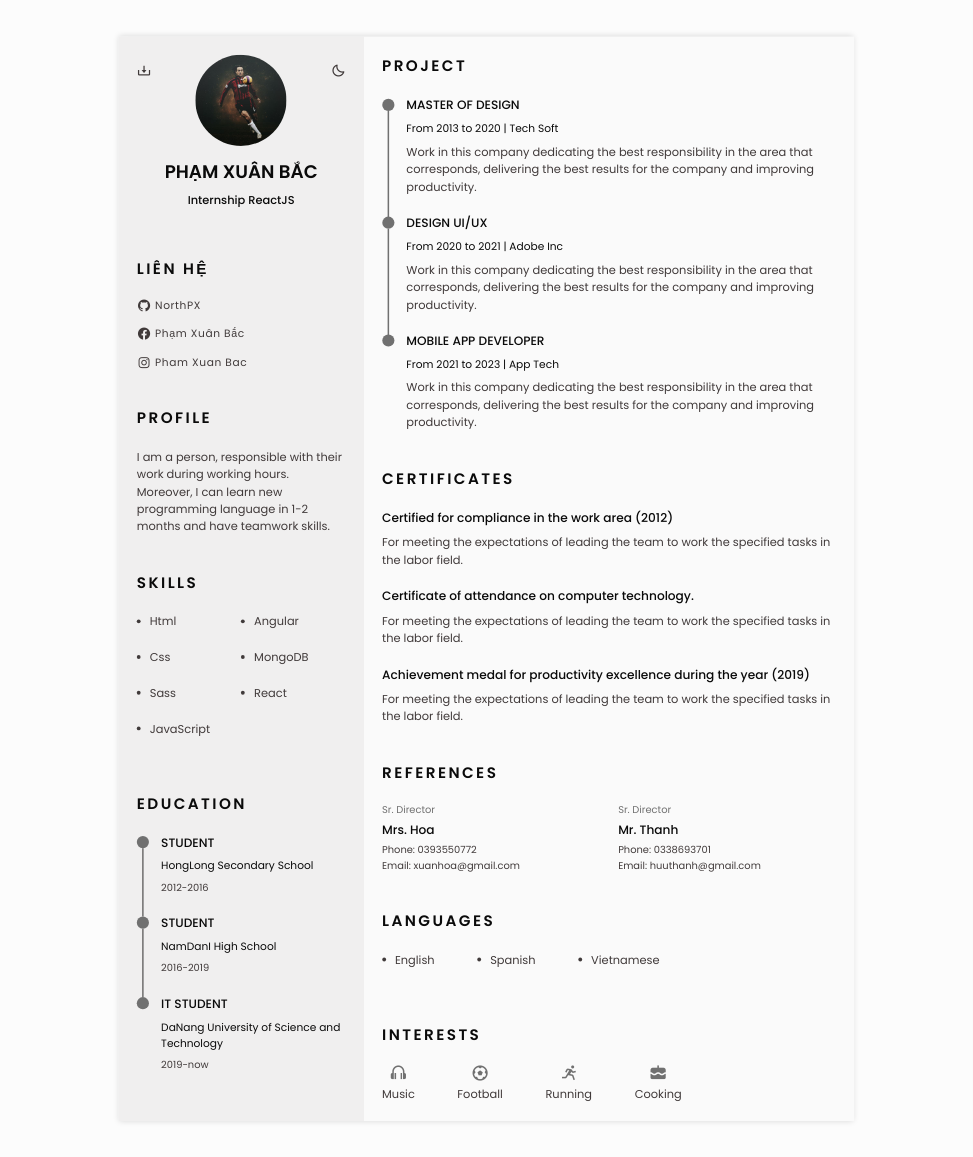
Repository: northpx/myCV
Page: index.html
An editor plug-in stored every save of this project. The page is shown before and after the next save, followed by the edit.
The browser window is 1280 px wide. The pictures show the whole page, at 76% of full size.

Above is the page before, as saved 2023-02-23 16:44:49.

After the next save:
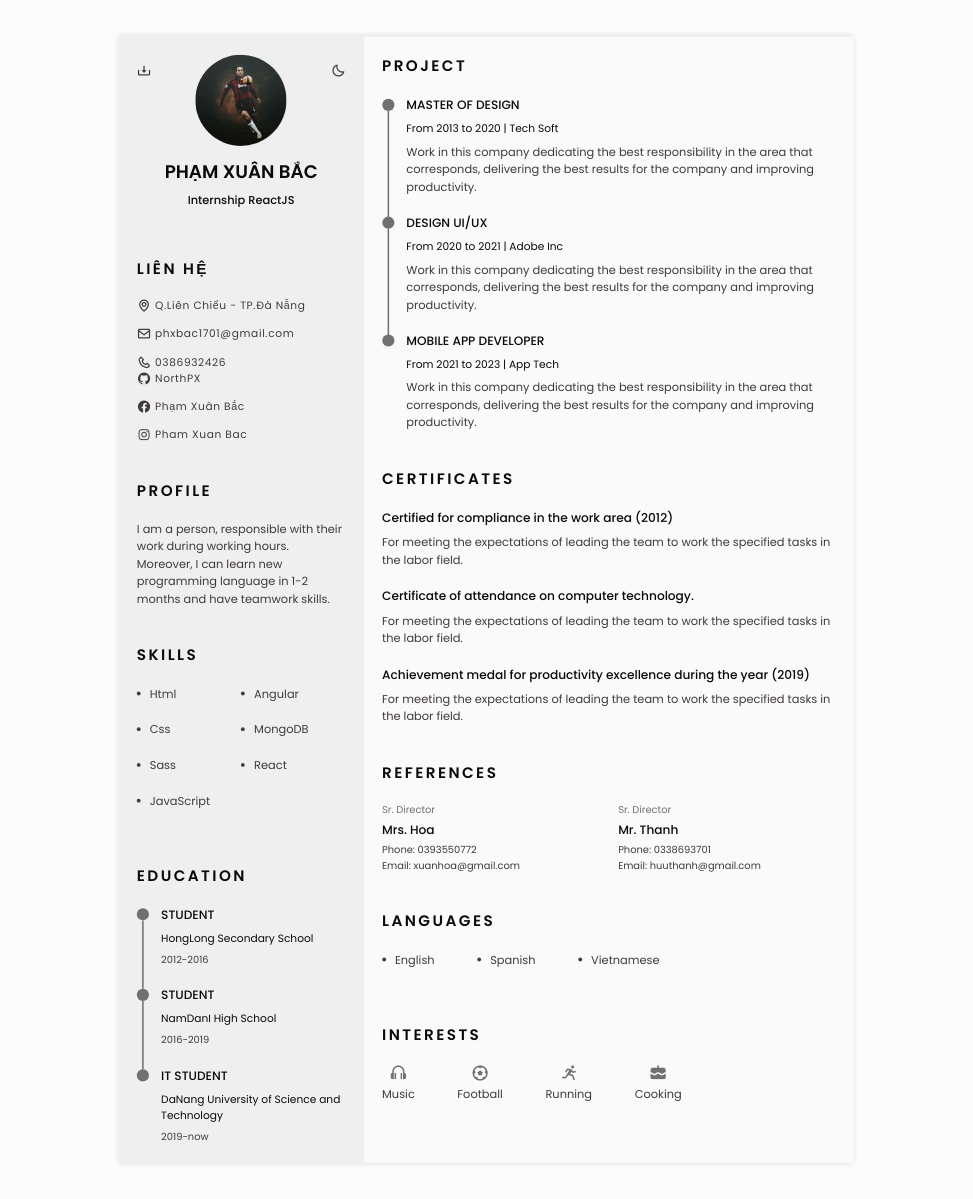
Saved 6 s later.
--- a/index.html
+++ b/index.html
@@ -89,6 +89,17 @@
 
                 <section class="social section">
                     <h2 class="section-title">Liên hệ</h2>
+                    <div class="home__address bd-grid">
+                        <span class="home__information">
+                            <i class="bx bx-map home__icon"></i> Q.Liên Chiểu - TP.Đà Nẵng
+                        </span>
+                        <span class="home__information">
+                            <i class="bx bx-envelope home__icon"></i> phxbac1701@gmail.com
+                        </span>
+                        <span class="home__information">
+                            <i class="bx bx-phone home__icon"></i> 0386932426
+                        </span>
+                    </div>
                     <div class="social__container bd-grid">
                         <a href="https://github.com/northpx" target="_blank" class="social_link">
                             <i class="bx bxl-github social__icon"></i> NorthPX
